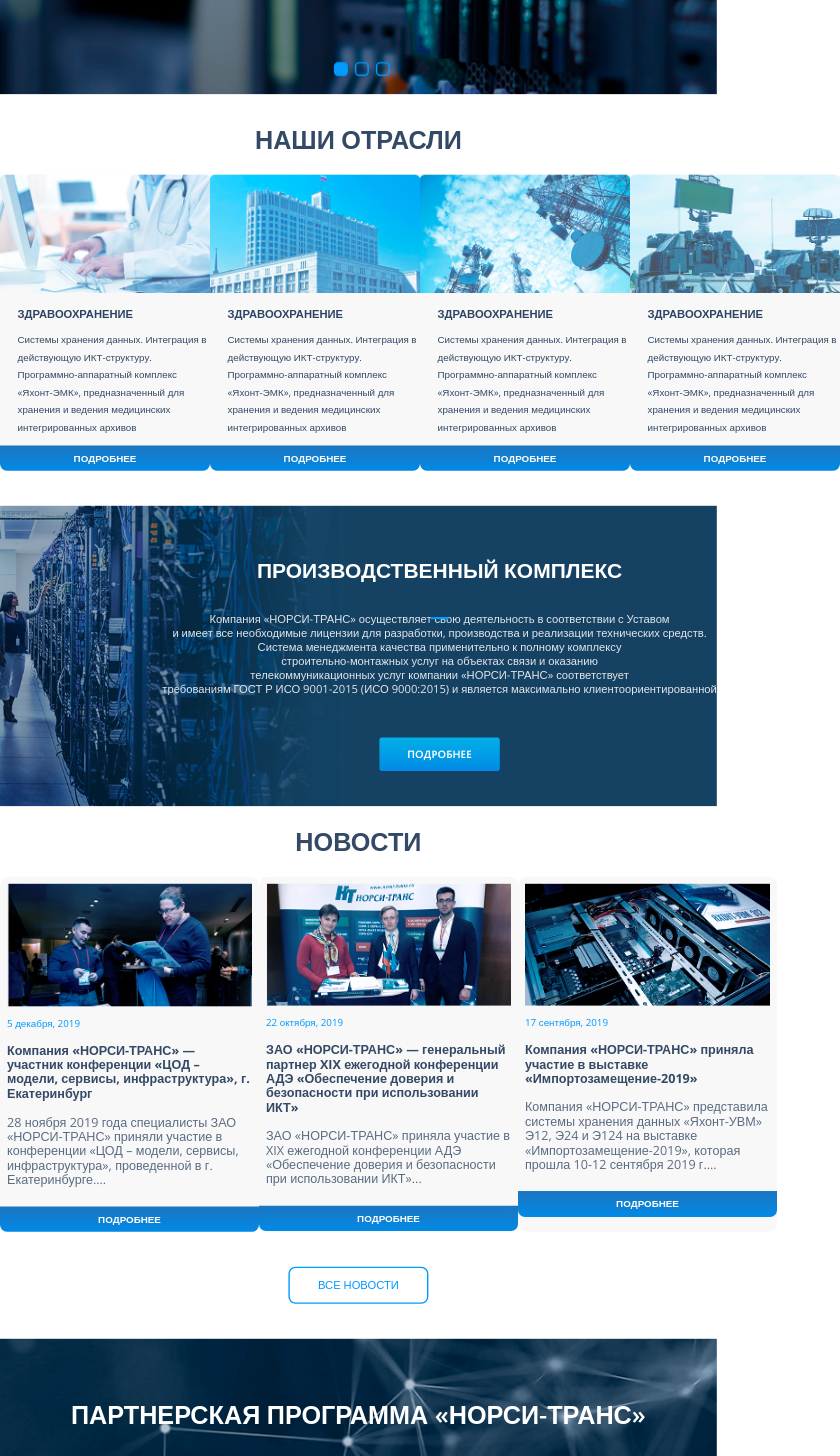
Repository: frostnn/testTaskBurbon
Page: app/index.html
The author's editor kept a copy of each file at every save. The page is drawn from the files as they stood at one save, then again after the next save.
The browser window is 1024 px wide. The page is 1200 px wide, then 1120 px, so the pictures cover 1200 px, including what lies to the right of the window. The pictures show the part of the page from y = 431 to 2511 px (the page is 3419 px tall before and 3433 px after), at 70% of full size.
The style sheet was rebuilt from its Sass, Less or Tailwind sources for each picture, by a compiler version that may differ from the author's.

Above is the page before, as saved 2020-07-16 10:06:28.

### app/index.html
<!DOCTYPE html>
<html lang="en">
<head>
  <meta charset="UTF-8">
  <meta name="viewport" content="width=device-width, initial-scale=1.0">
  <meta http-equiv="X-UA-Compatible" content="ie=edge">
  <link rel="stylesheet" href="css/style.min.css">
  <title>Test task</title>
</head>
<body>
  <div class="bg-test">
    <header class="header">
        <div class="header-logo">
          <img src="./img/NT_logo_color.png" alt="Логотип" class="header-logo__img">
        </div>
        <nav class="header-nav">
          <ul class="header-nav__list">
            <li class="header-nav__list-item">
              <a href="#" class="header-nav__list-link">оборудование</a>
            </li>
            <li class="header-nav__list-item">
              <a href="#" class="header-nav__list-link">решения</a>
            </li>
            <li class="header-nav__list-item">
              <a href="#" class="header-nav__list-link">партнерам</a>
            </li>
            <li class="header-nav__list-item">
              <a href="#" class="header-nav__list-link">производствам</a>
            </li>
            <li class="header-nav__list-item">
              <a href="#" class="header-nav__list-link">импортозамещение под ключ</a>
            </li>
            <li class="header-nav__list-item">
              <a href="#" class="header-nav__list-link">заказ оборудования</a>
            </li>
            <li class="header-nav__list-item">
              <a href="#" class="header-nav__list-link">о компании</a>
            </li>
          </ul>
        </nav>
        <div class="header-search">
          <img src="./img/search.png" alt="Поиск" class="header-search__img">
        </div>
    </header>
    <section class="slider">
      <div class="slider-block">
        <div class="slider-block__content">
          <h1 class="slider-block__content-title">Яхонт-увм э24</h1>
          <p class="slider-block__content-text">
            программно-аппаратный комплекс высокопроизводительной загрузки <br>
            и накопления массивов CDR/IPDR данных, выполнения задач<br>
            по их обработке
          </p>
          <a href="#" class="slider-block__content-link btn">Подробнее</a>
        </div>
        <div class="slider-block__content">
          <h1 class="slider-block__content-title">Яхонт-увм э24</h1>
          <p class="slider-block__content-text">
            программно-аппаратный комплекс высокопроизводительной загрузки <br>
            и накопления массивов CDR/IPDR данных, выполнения задач<br>
            по их обработке
          </p>
        <!--  <img src="./img/VPS.png" alt="" class="slider-block__content-img"> -->
          <a href="#" class="slider-block__content-link btn">Подробнее</a>
        </div>
        <div class="slider-block__content">
          <h1 class="slider-block__content-title">Яхонт-увм э24</h1>
          <p class="slider-block__content-text">
            программно-аппаратный комплекс высокопроизводительной загрузки <br>
            и накопления массивов CDR/IPDR данных, выполнения задач<br>
            по их обработке
          </p>
          <a href="#" class="slider-block__content-link btn">Подробнее</a>
        </div>
      </div>
    </section>
  </div>
  <section class="industries">
    <h2 class="industries-title">Наши отрасли</h2>
    <div class="industries-block">
      <div class="industries-block__content">
        <img src="./img/healths.png" alt="healths" class="industries-block__content-img">
        <h3 class="industries-block__content-title">Здравоохранение</h3>
        <p class="industries-block__content-text">
          Системы хранения данных. Интеграция
          в действующую ИКТ-структуру. Программно-аппаратный комплекс «Яхонт-ЭМК»,
          предназначенный для хранения и ведения медицинских интегрированных архивов
        </p>
        <a href="" class="industries-block__content-link">Подробнее</a>
      </div>
      <div class="industries-block__content">
        <img src="./img/gov.png" alt="government" class="industries-block__content-img">
        <h3 class="industries-block__content-title">Здравоохранение</h3>
        <p class="industries-block__content-text">
          Системы хранения данных. Интеграция
          в действующую ИКТ-структуру. Программно-аппаратный комплекс «Яхонт-ЭМК»,
          предназначенный для хранения и ведения медицинских интегрированных архивов
        </p>
        <a href="" class="industries-block__content-link">Подробнее</a>
      </div>
      <div class="industries-block__content">
        <img src="./img/telecom.png" alt="telecom" class="industries-block__content-img">
        <h3 class="industries-block__content-title">Здравоохранение</h3>
        <p class="industries-block__content-text">
          Системы хранения данных. Интеграция
          в действующую ИКТ-структуру. Программно-аппаратный комплекс «Яхонт-ЭМК»,
          предназначенный для хранения и ведения медицинских интегрированных архивов
        </p>
        <a href="" class="industries-block__content-link">Подробнее</a>
      </div>
      <div class="industries-block__content">
        <img src="./img/opk.png" alt="opk" class="industries-block__content-img">
        <h3 class="industries-block__content-title">Здравоохранение</h3>
        <p class="industries-block__content-text">
          Системы хранения данных. Интеграция
          в действующую ИКТ-структуру. Программно-аппаратный комплекс «Яхонт-ЭМК»,
          предназначенный для хранения и ведения медицинских интегрированных архивов
        </p>
        <a href="#" class="industries-block__content-link">Подробнее</a>
      </div>
    </div>
  </section>
  <main class="production">
    <div class="production-wrapper">
      <div class="production-block">
        <h2 class="production-block__title">Производственный комплекс</h2>
        <p class="production-block__text">
          Компания «НОРСИ-ТРАНС» осуществляет свою деятельность в соответствии с Уставом <br>
          и имеет все необходимые лицензии для разработки, производства и реализации технических средств.<br>
          Система менеджмента качества применительно к полному комплексу<br>
          строительно-монтажных услуг на объектах связи и оказанию <br>
          телекоммуникационных услуг компании «НОРСИ-ТРАНС» соответствует <br>
          требованиям ГОСТ Р ИСО 9001-2015 (ИСО 9000:2015) и является максимально клиентоориентированной
        </p>
        <a href="#" class="production-block__link btn">подробнее</a>
      </div>
    </div>
  </main>
  <section class="news">
    <h2 class="news-title">Новости</h2>
      <div class="news-block">
        <div class="news-block__content">
          <img src="./img/news_1.png" alt="news_img" class="news-block__content-img">
          <span class="news-block__content-date">5 декабря, 2019</span>
          <h4 class="news-block__content-title">
            Компания «НОРСИ-ТРАНС» — участник конференции «ЦОД – модели,
            сервисы, инфраструктура», г. Екатеринбург
          </h4>
          <p class="news-block__content-text">
            28 ноября 2019 года специалисты ЗАО «НОРСИ-ТРАНС»
            приняли участие в конференции «ЦОД – модели, сервисы,
            инфраструктура», проведенной в г. Екатеринбурге.…
          </p>
          <a href="#" class="news-block__content-link">Подробнее</a>
        </div>
          <div class="news-block__content">
            <img src="./img/news_2.png" alt="news_img" class="news-block__content-img">
            <span class="news-block__content-date">22 октября, 2019</span>
            <h4 class="news-block__content-title">
              ЗАО «НОРСИ-ТРАНС» — генеральный партнер XIX
              ежегодной конференции АДЭ «Обеспечение доверия
              и безопасности при использовании ИКТ»
            </h4>
            <p class="news-block__content-text">
              ЗАО «НОРСИ-ТРАНС» приняла участие в XIX ежегодной конференции
              АДЭ «Обеспечение доверия и безопасности при использовании ИКТ»...
            </p>
            <a href="#" class="news-block__content-link">Подробнее</a>
          </div>
          <div class="news-block__content">
            <img src="./img/news_3.png" alt="news_img" class="news-block__content-img">
            <span class="news-block__content-date">17 сентября, 2019</span>
            <h4 class="news-block__content-title">
              Компания «НОРСИ-ТРАНС» приняла участие
              в выставке «Импортозамещение-2019»
            </h4>
            <p class="news-block__content-text">
              Компания «НОРСИ-ТРАНС» представила системы хранения данных
              «Яхонт-УВМ» Э12, Э24 и Э124 на выставке «Импортозамещение-2019»,
              которая прошла 10-12 сентября 2019 г.…
            </p>
            <a href="#" class="news-block__content-link">Подробнее</a>
          </div>
      </div>
      <div class="btn-wrapper">
        <button class="news-btn">Все новости</button>
      </div>
  </section>
  <section class="program">
    <div class="program-wrapper">
      <h2 class="program-title">Партнерская программа «НОРСИ-ТРАНС» </h2>
      <div class="program-block__wrapper">
        <div class="program-block">
          <img src="./img/box.png" alt="box" class="program-block__img">
          <h5 class="program-block__title">Технологический партнер</h5>
          <p class="program-block__text">Разработка и внедрение совместных решений </p>
          <div class="program-block__btn">
            <a href="#" class="program-block__btn-link">подробнее</a>
            <button class="program-block__btn-btn btn">стать партнером</button>
          </div>
        </div>
        <div class="program-block">
          <img src="./img/code.png" alt="box" class="program-block__img">
          <h5 class="program-block__title">Дистрибуция</h5>
          <p class="program-block__text">
            Закупка продуктов и решений напрямую у ЗАО «НОРСИ-ТРАНС»
            и реализация их исключительно через свою партнерскую сеть
          </p>
          <div class="program-block__btn">
            <a href="#" class="program-block__btn-link">подробнее</a>
            <button class="program-block__btn-btn btn">стать партнером</button>
          </div>
        </div>
        <div class="program-block">
          <img src="./img/case.png" alt="box" class="program-block__img">
          <h5 class="program-block__title">Системная интеграция</h5>
          <p class="program-block__text">
            Внедрение решений ЗАО «НОРСИ-ТРАНС»
            корпоративным клиентам и организациям
          </p>
          <div class="program-block__btn">
            <a href="#" class="program-block__btn-link">подробнее</a>
            <button class="program-block__btn-btn btn">стать партнером</button>
          </div>
        </div>
      </div>
    </div>
  </section>
  <footer class="footer">
    <div class="footer-nav">
      <div class="equipment-block">
        <ul class="equipment-block__list">
          <li class="equipment-block__list-title">Оборудование</li>
          <li class="equipment-block__list-item"> <a href="#" class="equipment-block__item-link"> Сервера хранения</a></li>
          <li class="equipment-block__list-item"> <a href="#" class="equipment-block__item-link">Серверное оборудование</a></li>
          <li class="equipment-block__list-item"> <a href="#" class="equipment-block__item-link"> Контроллеры</a></li>
          <li class="equipment-block__list-item"> <a href="#" class="equipment-block__item-link">СХД</a></li>
          <li class="equipment-block__list-item"> <a href="#" class="equipment-block__item-link">Системы архивного хранения данных</a></li>
        </ul>
      </div>
      <div class="decisions-block">
        <ul class="decisions-block__list">
          <li class="decisions-block__list-title">Решения</li>
          <li class="decisions-block__list-item"> <a href="#" class="decisions-block__item-link"> Гос. Учреждения</a></li>
          <li class="decisions-block__list-item"> <a href="#" class="decisions-block__item-link">Здравоохранение</a></li>
          <li class="decisions-block__list-item"> <a href="#" class="decisions-block__item-link">Информационные сервисы</a></li>
          <li class="decisions-block__list-item"> <a href="#" class="decisions-block__item-link">Предприятия ОПК</a></li>
          <li class="decisions-block__list-item"> <a href="#" class="decisions-block__item-link">Системы виртуализации</a></li>
          <li class="decisions-block__list-item"> <a href="#" class="decisions-block__item-link">Телекоммуникации</a></li>
        </ul>
      </div>
      <div class="partners-block">
        <ul class="partners-block__list">
          <li class="partners-block__list-title">Партнерам</li>
          <li class="partners-block__list-item"> <a href="#" class="partners-block__item-link">Партнерский раздел</a></li>
          <li class="partners-block__list-item"> <a href="#" class="partners-block__item-link">Партнеры присоединившиеся к программе</a></li>
        </ul>
        <ul class="productions-block__list">
          <li class="productions-block__list-title">Производствам</li>
          <li class="productions-block__list-item"> <a href="#" class="productions-block__item-link">Программа поддержки производителей</a></li>
          <li class="productions-block__list-item"> <a href="#" class="productions-block__item-link">Производственные партнеры</a></li>
        </ul>
      </div>
      <div class="import-block">
        <ul class="import-block__list">
          <li class="import-block__list-title">Импортозамещение под ключ</li>
          <li class="import-block__list-item"> <a href="#" class="import-block__item-link"> Серверные комплексы</a></li>
          <li class="import-block__list-item"> <a href="#" class="import-block__item-link">Сети и системы хранения данных</a></li>
          <li class="import-block__list-item"> <a href="#" class="import-block__item-link">Кластерные решения</a></li>
        </ul>
        <ul class="equipment-block__list">
          <li class="equipment-block__list-title">Заказ оборудования</li>
          <li class="equipment-block__list-item"> <a href="#" class="equipment-block__item-link">Доставка</a></li>
          <li class="equipment-block__list-item"> <a href="#" class="equipment-block__item-link">Заказ оборудования</a></li>
        </ul>
      </div>
      <div class="nav-block">
        <ul class="nav-block__list">
          <li class="nav-block__list-title" >О компании</li>
          <li class="nav-block__list-item" > <a href="#" class="nav-block__item-link">Контакты</a></li>
          <li class="nav-block__list-item" > <a href="#" class="nav-block__item-link">Материалы</a></li>
          <li class="nav-block__list-item" > <a href="#" class="nav-block__item-link">Мероприятия</a></li>
          <li class="nav-block__list-item" > <a href="#" class="nav-block__item-link">Новости</a></li>
          <li class="nav-block__list-item" > <a href="#" class="nav-block__item-link">Системы виртуализации</a></li>
          <li class="nav-block__list-item" > <a href="#" class="nav-block__item-link">Контакты</a></li>
        </ul>
      </div>
    </div>
    <div class="subfooter">
      <p class="subfooter-contacts">
        127015, г. Москва, ул. Б. Новодмитровская,
        д. 12, стр. 15, Тел: <a href="tel:(495) 748-74-83" class="subfooter-contacts__link">(495) 748-74-83</a> <a href="mailto:info@norsi-trans.ru" class="subfooter-contacts__link">info@norsi-trans.ru</a>
      </p>
      <p class="subfooter-info">
        ©1996-2018 ЗАО «НОРСИ-ТРАНС» Никакая информация с данного сайта не может быть скопирована,
        распространена либо передана любым способом для коммерческого использования без письменного согласия правообладателя.
        <a href="https://burbon.ru/" class="subfooter-link">Сделано в Burbon.ru</a>
      </p>

    </div>
  </footer>
  <script src="https://ajax.googleapis.com/ajax/libs/jquery/3.4.1/jquery.min.js"></script>
  <script src="js/libs.min.js"></script>
  <script src="js/main.js"></script>
</body>
</html>

### app/scss/_vars.scss
$white: #fff;
$blue: #019afe;

### app/scss/_fonts.scss
@import url('https://fonts.googleapis.com/css2?family=Open+Sans:wght@300;400;600;700;800&display=swap');
@font-face {
  font-family: 'Bliss Pro Bold';
  src: url('../fonts/BlissPro-Bold.eot');
  src: url('../fonts/BlissPro-Bold.eot?#iefix') format('embedded-opentype'),
  url('../fonts/BlissPro-Bold.woff') format('woff'),
  url('../fonts/BlissPro-Bold.ttf') format('truetype');
  font-weight: normal;
  font-style: normal;
  }

### app/scss/_global.scss
html {
  box-sizing: border-box;
}
body {
  font-family: 'Open Sans', sans-serif;
}
*,
*::before,
*::after {

  box-sizing: inherit;
}
a {
  display: inline;
  text-decoration: none;
  color: #fff;
}
ul,
li {
  list-style: none;
  margin: 0;
  padding: 0;
}

### app/scss/_media.scss
@media (max-width: 1452px) {
  .footer,
  .news,
  .industries,
  .production-wrapper,
  .program-wrapper,
  .header,
  .slider {
    max-width: 1350px;
  }
  .header-nav__list {
    .header-nav__list-item {
      margin-right: 30px;
    }
    .header-nav__list-link {
      font-size: 12px;
    }
  }
  .slider-block__content-title {
    font-size: 42px;
  }
  .slider-block__content-text {
    font-size: 18px;
  }
  .industries-block__content {
    max-width: 320px;
    .industries-block__content-title {
      font-size: 16px;
    }
    .industries-block__content-text {
      font-size: 14px;
    }
    .industries-block__content-img {
      max-width: 320px;
    }
  }
  .production {
    background-position: center;
  }
  .news-block__content {
    max-width: 430px;
    .news-block__content-img {
      max-width: 420px;
    }
    .news-block__content-title {
      font-size: 18px;

    }
    .news-block__content-date {
      font-size: 14px;

    }
    .news-block__content-text {
      font-size: 18px;
    }
  }
  .program-block {
    width: 424px;
  }
  .program-block .program-block__btn-btn {
    padding: 15px 20px;
  }
  .program-block .program-block__btn-link {
    padding: 12px 28px;
  }
  .footer-nav {
    .equipment-block__list-title,
    .decisions-block__list-title,
    .partners-block__list-title,
    .productions-block__list-title,
    .import-block__list-title,
    .equipment-block__list-title,
    .nav-block__list-title {
      font-size: 12px;
    }
    a {
      font-size: 11px;
    }
  }
  .subfooter {
    .subfooter-contacts {
      font-size: 9px;
    }
    .subfooter-info{
      font-size: 9px;
    }
    .subfooter-link {
      font-size: 10px;
      margin-left: 60px;
    }
  }
}
@media (max-width: 1360px) {
  .footer,
  .news,
  .industries,
  .production-wrapper,
  .program-wrapper,
  .header,
  .slider {
    max-width: 1280px;
  }
  .industries-block__content {
    max-width: 300px;
    .industries-block__content-img {
      max-width: 300px;
    }
  }
  .news-block__content {
    max-width: 420px;
    .news-block__content-img {
      max-width: 410px;
    }
  }
  .program-block {
    width: 413px;
  }

}

@media (max-width: 1245px) {
  .footer,
  .news,
  .industries,
  .production-wrapper,
  .program-wrapper,
  .header,
  .slider {
    max-width: 1190px;
  }
  .industries-block__content {
    max-width: 300px;
    .industries-block__content-img {
      max-width: 300px;
    }
  }
  .news-block__content {
    max-width: 380px;
    .news-block__content-img {
      max-width: 370px;
    }
  }
  .program-block {
    width: 413px;
  }
  .header-nav__list {
    .header-nav__list-item {
      margin-right: 30px;
    }
    .header-nav__list-link {
      font-size: 10px;
    }
  }
}

Loaded but not shown: app/js/libs.min.js (library); app/js/main.js (5 lines, source omitted); app/scss/style.scss (456 lines, source omitted); app/scss/_libs.scss (469 lines, source omitted)

After the next save:
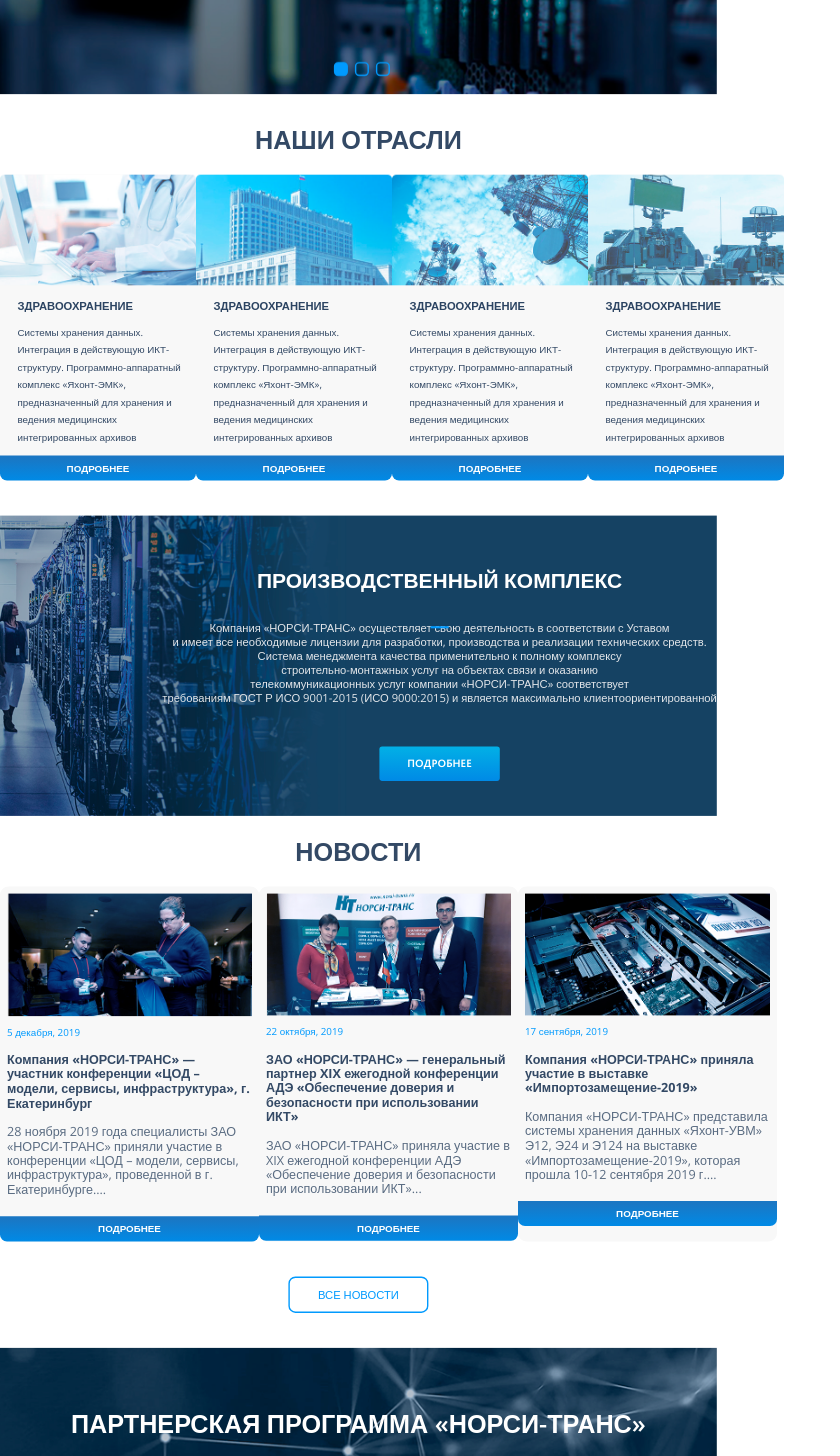
Saved 17 s later.
--- a/app/scss/_media.scss
+++ b/app/scss/_media.scss
@@ -129,9 +129,9 @@
     max-width: 1190px;
   }
   .industries-block__content {
-    max-width: 300px;
+    max-width: 280px;
     .industries-block__content-img {
-      max-width: 300px;
+      max-width: 280px;
     }
   }
   .news-block__content {
